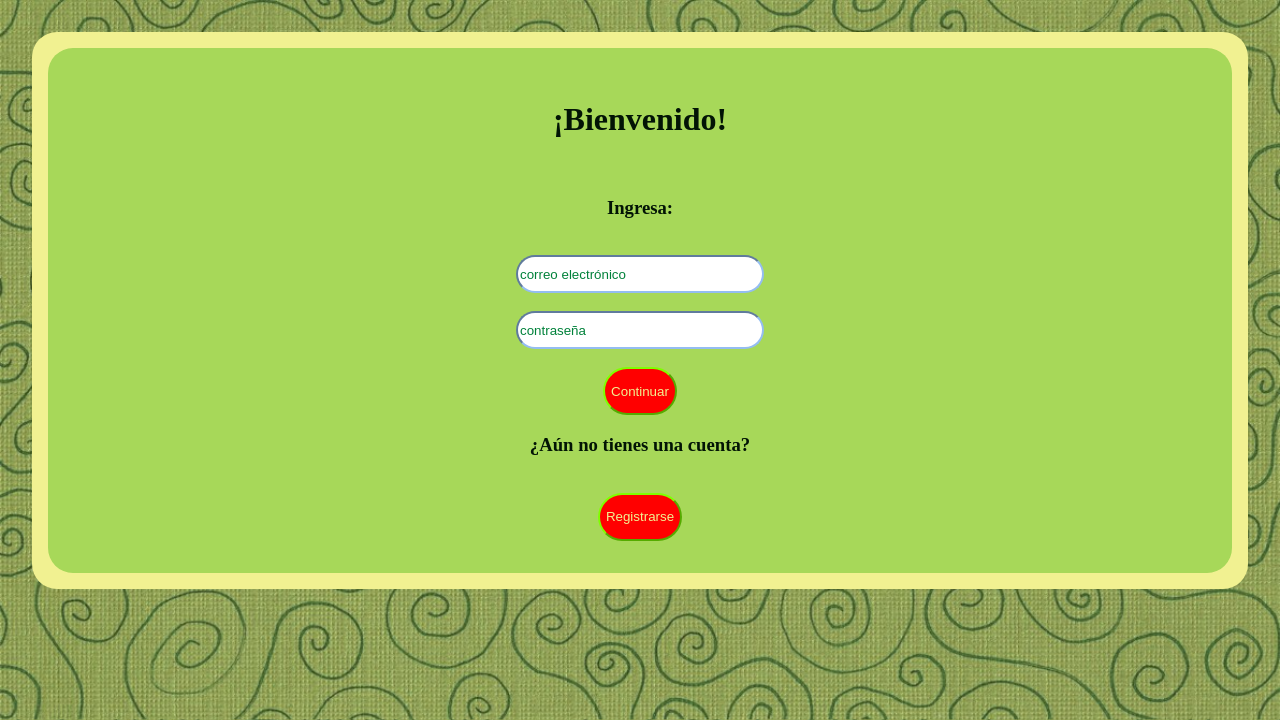
Repository: carrascokarencb37-afk/Nuura
Page: html/iniciarsesion.html
The author's editor kept a copy of each file at every save. The page is drawn from the files as they stood at one save, then again after the next save.
The browser window is 1280 px wide. The pictures show the whole page.

Above is the page before, as saved 2026-05-22 12:10:52.

### html/iniciarsesion.html
<!DOCTYPE html>
<html lang="es">
<head>
    <meta charset="UTF-8">
    <meta name="viewport" content="width=device-width, initial-scale=1.0">
    <title>Nuura - Iniciar sesión</title>
    <link rel="stylesheet" href="../css/style.css">
</head>
    <body>
        <div class="borde">
            <div class="cont">
                <h1>¡Bienvenido!</h1><br>

                <h3>Ingresa: </h3><br>

                <input type="email" name="correo" id="correo" placeholder="correo electrónico">
                <br><br>
                <input type="password" name="contra" id="contra" placeholder="contraseña">
                <br><br>

                <a href="index.html"><button class="chapito">Continuar</button></a>

                <h3> ¿Aún no tienes una cuenta?</h3>
                <br>

                <a href="registrarse.html"><button class="chapito">Registrarse</button></a>
            </div>
        </div>
    </body>
</html>

### css/style.css
/*Importar fuente chewy*/
@font-face {
    font-family: 'chewy';
    src: url(../fonts/Chewy-Regular.ttf) format('truetype');
    font-weight: normal;
    font-style: normal;
}

body {
    background-image: url(../img/fondo_medio.jpg);
    background-size: cover;
    margin: 0;
    justify-content: center;
    text-align: center;
    padding: 2rem;
}

.titulo {
    font-family: Arial, Helvetica, sans-serif;
}

.boton {
    text-decoration: none;
}

/*Aqui empieza el estilo de INICIAR SESION.html*/
.cont{
    border-radius: 25px;
    background-color: #a7d859;
    padding: 2rem;
}
.cont h1{
    color: rgb(2, 20, 5);
    font-family:cursive;
}
.cont h3{
    color:rgb(2, 20, 5);
    font-family:cursive;
}

.borde{
    background-color: #F1F191;
    border-radius:25px;
    padding: 1rem;
}

/*registros*/
.cont input{
    border-radius:30px;
    height: 2rem;
    width: 15rem;
    border-color: rgb(148, 189, 241);
}
.cont ::placeholder{
    color: rgb(0, 129, 58);
}

/*botones*/
.chapito{
    border-radius: 25px;
    background-color:rgb(78, 167, 42) ;
    border-color: chartreuse;
    height: 2rem;
    color: #F1F191;
    transition: 1s;
    background-color: red;
    height: 3rem;
    cursor: pointer;
}
.chapito:hover{
    background-color:rgb(148, 189, 241);
    color: blue;
    border-color: blue;
    transition: 1s;
    transform: scale(1.05);
}


/* GUIA.html*/

.menu_container{
    display: flex;
    flex-direction: row;
    gap: 20px;
    flex-wrap: wrap;
}

.card{
    width: 250px;
    background: white;
    border-radius: 20px;
    padding: 15px;
    text-align: center;
    box-shadow: 0 8px 20px rgba(243, 255, 132, 0.3);
    transition: transform 0.3s ease, box-shadow 0.3s ease;
}

h1{
    color:white;
    font-family:cursive;
}

    /*Demas cositas agregadas a las card*/
/* Imagen */
.card img {
    width: 100%;
    border-radius: 15px;
    transition: transform 0.3s ease;
}

/* Hover mágico ✨ */
.card:hover {
    transform: translateY(-10px) scale(1.03);
    box-shadow: 0 12px 25px rgba(255, 182, 193, 0.5);
}

.card:hover img {
    transform: scale(1.05);
}

/* Texto */
  .card h3 {
    margin: 10px 0 5px;
    color: #41d41c;
}

.card p {
    color: #555;
    font-size: 14px;
}

After the next save:
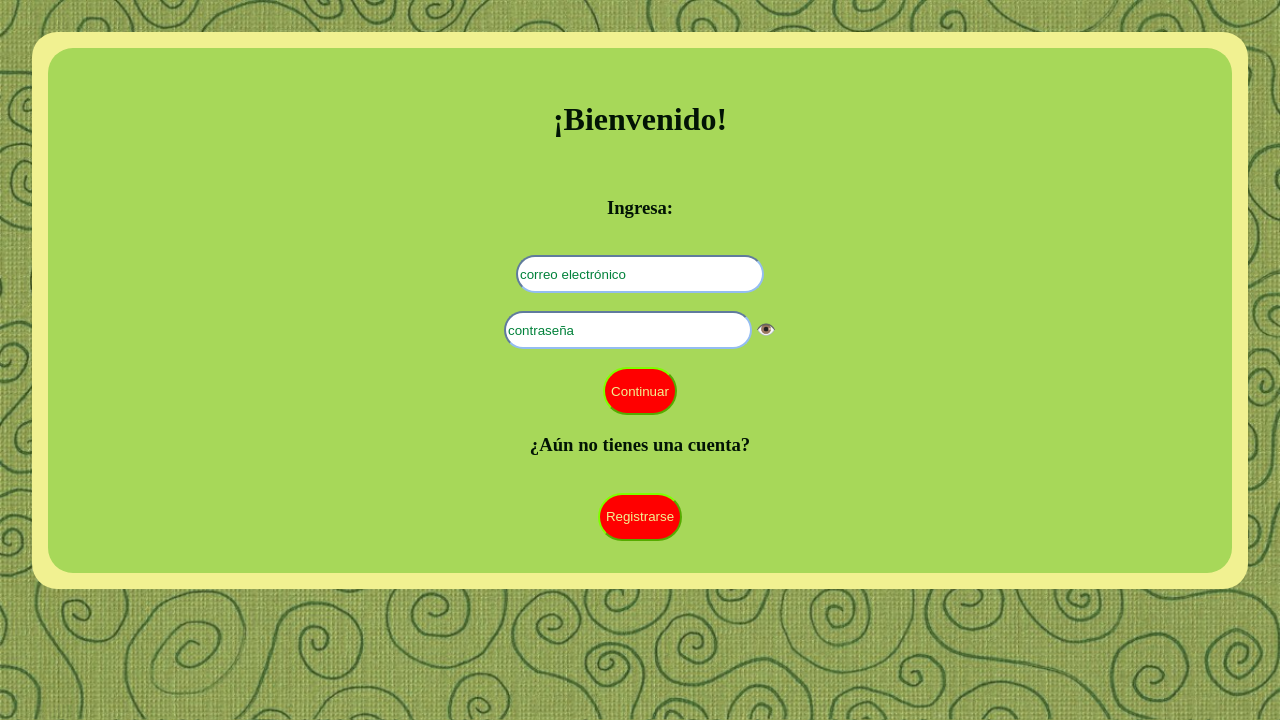
Saved 12 min 7 s later.
--- a/html/iniciarsesion.html
+++ b/html/iniciarsesion.html
@@ -16,6 +16,7 @@
                 <input type="email" name="correo" id="correo" placeholder="correo electrónico">
                 <br><br>
                 <input type="password" name="contra" id="contra" placeholder="contraseña">
+                <span onclick="mostrarContra()">👁️</span>
                 <br><br>
 
                 <a href="index.html"><button class="chapito">Continuar</button></a>
